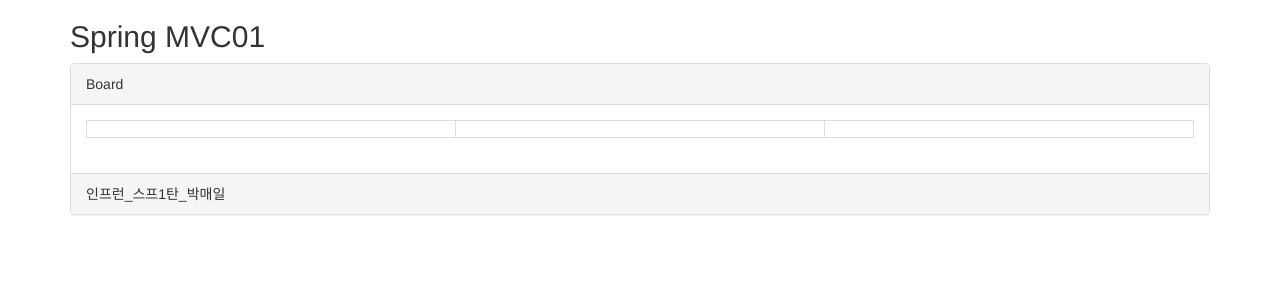
Repository: yejun95/spring-MVC-practice-eGov
Page: http://localhost/SpringMVC01/boardList.do
The author's editor kept a copy of each file at every save. The page is drawn from the files as they stood at one save, then again after the next save.
The browser window is 1280 px wide. The pictures show the whole page.
The page is served by Tomcat 9. Other server files are loaded and not shown.

Above is the page before, as saved 2023-08-05 13:36:26.

### SpringMVC01/src/main/webapp/WEB-INF/views/boardList.jsp
<%@ page language="java" contentType="text/html; charset=UTF-8"
    pageEncoding="UTF-8"%>
<%@taglib prefix="c" uri="http://java.sun.com/jsp/jstl/core" %>
<!DOCTYPE html>
<html lang="en">
<head>
  <title>Spring MVC01</title>
  <meta charset="utf-8">
  <meta name="viewport" content="width=device-width, initial-scale=1">
  <link rel="stylesheet" href="https://maxcdn.bootstrapcdn.com/bootstrap/3.4.1/css/bootstrap.min.css">
  <script src="https://ajax.googleapis.com/ajax/libs/jquery/3.6.4/jquery.min.js"></script>
  <script src="https://maxcdn.bootstrapcdn.com/bootstrap/3.4.1/js/bootstrap.min.js"></script>
</head>
<body>

<div class="container">
  <h2>Spring MVC01</h2>
  <div class="panel panel-default">
    <div class="panel-heading">Board</div>
    <div class="panel-body">
    	<table class="table table-bordered table-hover">
    		<tr>
    			<td></td>
    			<td></td>
    			<td></td>
    		</tr>
    	</table>
    	<c:forEach var="vo" items="${list }">

    	</c:forEach>
    </div>
    <div class="panel-footer">인프런_스프1탄_박매일</div>
  </div>
</div>

</body>
</html>

### SpringMVC01/src/main/java/kr/board/entity/Board.java
package kr.board.entity;
// Lombok API사용 시 편함
// @Data
public class Board {
	private int idx; // 번호
	private String title; // 제목
	private String content; // 내용
	private String writer; // 작성자
	private String indate; // 작성일
	private int count; // 조회수
	// setter , getter
	public int getIdx() {
		return idx;
	}
	public void setIdx(int idx) {
		this.idx = idx;
	}
	public String getTitle() {
		return title;
	}
	public void setTitle(String title) {
		this.title = title;
	}
	public String getContent() {
		return content;
	}
	public void setContent(String content) {
		this.content = content;
	}
	public String getWriter() {
		return writer;
	}
	public void setWriter(String writer) {
		this.writer = writer;
	}
	public String getIndate() {
		return indate;
	}
	public void setIndate(String indate) {
		this.indate = indate;
	}
	public int getCount() {
		return count;
	}
	public void setCount(int count) {
		this.count = count;
	}


}

After the next save:
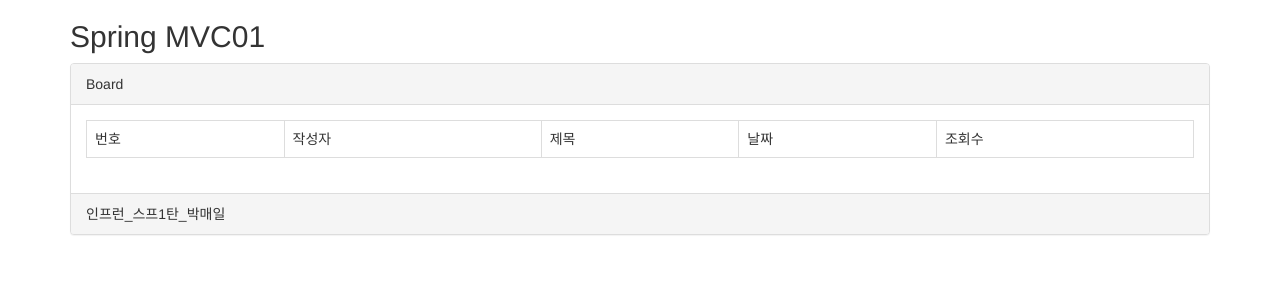
Saved 2 min 42 s later.
--- a/SpringMVC01/src/main/webapp/WEB-INF/views/boardList.jsp
+++ b/SpringMVC01/src/main/webapp/WEB-INF/views/boardList.jsp
@@ -20,9 +20,11 @@
     <div class="panel-body">
     	<table class="table table-bordered table-hover">
     		<tr>
-    			<td></td>
-    			<td></td>
-    			<td></td>
+    			<td>번호</td>
+    			<td>작성자</td>
+    			<td>제목</td>
+    			<td>날짜</td>
+    			<td>조회수</td>
     		</tr>
     	</table>
     	<c:forEach var="vo" items="${list }">
